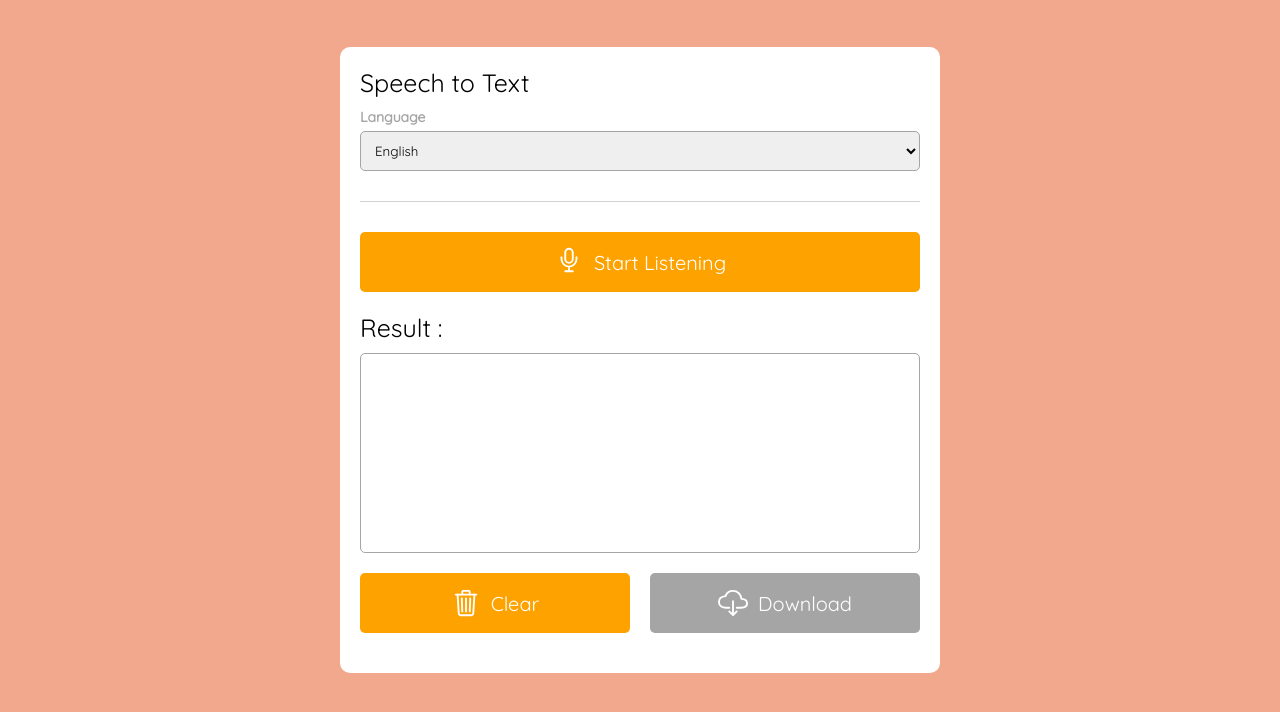
Repository: tsthuy/SpeechToText
Page: index.html
An editor plug-in stored every save of this project. The page is shown before and after the next save, followed by the edit.
The browser window is 1280 px wide. The pictures show the whole page.

Above is the page before, as saved 2023-08-28 03:29:29.

### index.html
<!DOCTYPE html>
<html lang="en">
  <head>
    <meta charset="UTF-8" />
    <meta http-equiv="X-UA-Compatible" content="IE=edge" />
    <meta name="viewport" content="width=device-width, initial-scale=1.0" />
    <link href="./images/icon.png" rel="shortcut icon" type="image/vnd.microsoft.icon" />
    <link rel="stylesheet" href="style.css" />
    <link href='https://fonts.googleapis.com/css?family=Quicksand' rel='stylesheet'>
    <title>Speech to Text</title>
  </head>
  <body>
    <div class="container">
      <p class="heading">Speech to Text</p>
      <div class="options">
        <div class="anguage">
          <p>Language</p>
          <select name="input-language" id="language"></select>
        </div>
      </div>
      <div class="line"></div>
      <button class="btn record">
        <div class="icon">
          <ion-icon name="mic-outline"></ion-icon>
          <img src="record.svg" alt="" />
        </div>
        <p>Start Listening</p>
      </button>
      <p class="heading">Result :</p>
      <div
        class="result"
        spellcheck="false"
        placeholder="Text will be shown here"
      >
        <p class="interim"></p>
      </div>
      <div class="buttons">
        <button class="btn clear">
          <ion-icon name="trash-outline"></ion-icon>
          <p>Clear</p>
        </button>
        <button class="btn download" disabled>
          <ion-icon name="cloud-download-outline"></ion-icon>
          <p>Download</p>
        </button>
      </div>
    </div>

    <!-- IONICONS -->
    <script
      type="module"
      src="https://unpkg.com/ionicons@5.5.2/dist/ionicons/ionicons.esm.js"
    ></script>
    <script
      nomodule
      src="https://unpkg.com/ionicons@5.5.2/dist/ionicons/ionicons.js"
    ></script>

    <!-- LANGUAGES -->
    <script src="languages.js"></script>

    <!-- SCRIPT -->
    <script src="script.js"></script>
  </body>
</html>

### style.css

:root {
  --primary-color: #FEA200;
  --bg-color: #fff;
  --text-color: #000;
  --light-text-color: #a5a5a5;
  --body-bg-color: #F2A88D;
}
* {
  margin: 0;
  padding: 0;
  box-sizing: border-box;
  font-family: "Quicksand", sans-serif;
}
body {
  min-height: 100vh;
  display: flex;
  align-items: center;
  justify-content: center;
  background-color: var(--body-bg-color);
  color: var(--text-color);
}
.container {
  width: 600PX;
  padding: 20px;
  border-radius: 10px;
  background-color: var(--bg-color);
}
.container .heading {
  font-size: 25px;
  font-weight: 500;
  margin-bottom: 10px;
}
.container .options select {
  width: 100%;
  padding: 10px;
  border: 1px solid var(--light-text-color);
  border-radius: 5px;
  outline: none;
}
.container .options div:not(:last-child) select {
  margin-bottom: 20px;
}

.container .options p {
  font-size: 14px;
  font-weight: 600;
  margin-bottom: 5px;
  color: var(--light-text-color);
}
.container .line {
  position: relative;
  width: 100%;
  height: 1px;
  background-color: var(--light-text-color);
  opacity: 0.5;
  margin: 30px 0;
}
.btn {
  display: flex;
  align-items: center;
  justify-content: center;
  gap: 10px;
  margin-bottom: 20px;
  height: 60px;
  padding: 20px;
  width: 100%;
  outline: none;
  border: none;
  border-radius: 5px;
  font-size: 20px;
  font-weight: 500;
  cursor: pointer;
  color: #fff;
  background-color: var(--primary-color);
}
.btn ion-icon {
  font-size: 30px;
}
.btn:disabled {
  background-color: var(--light-text-color);
  cursor: not-allowed;
}
.container .record img {
  width: 30px;
  height: 30px;
  display: none;
}
.container .record.recording img {
  display: block;
}
.container .record.recording ion-icon {
  display: none;
}
.container .result {
  width: 100%;
  min-height: 200px;
  padding: 10px;
  border: 1px solid var(--light-text-color);
  border-radius: 5px;
  font-size: 18px;
  font-weight: 500;
  margin-bottom: 20px;
  color: var(--text-color);
}
.container .result p {
  display: inline;
  margin-left: 3px;
  color: var(--light-text-color);
}
.buttons {
  display: flex;
  gap: 20px;
}

### languages.js
const languages = [
  {
    no: "16",
    name: "English",
    native: "English",
    code: "en",
  },
  {
    no: "1",
    name: "Afrikaans",
    native: "Afrikaans",
    code: "af",
  },
  {
    no: "2",
    name: "Albanian",
    native: "Shqip",
    code: "sq",
  },
  {
    no: "3",
    name: "Arabic",
    native: "عربي",
    code: "ar",
  },
  {
    no: "4",
    name: "Armenian",
    native: "Հայերէն",
    code: "hy",
  },
  {
    no: "5",
    name: "Azerbaijani",
    native: "آذربایجان دیلی",
    code: "az",
  },
  {
    no: "6",
    name: "Basque",
    native: "Euskara",
    code: "eu",
  },
  {
    no: "7",
    name: "Belarusian",
    native: "Беларуская",
    code: "be",
  },
  {
    no: "8",
    name: "Bulgarian",
    native: "Български",
    code: "bg",
  },
  {
    no: "9",
    name: "Catalan",
    native: "Català",
    code: "ca",
  },
  {
    no: "10",
    name: "Chinese (Simplified)",
    native: "中文简体",
    code: "zh-CN",
  },
  {
    no: "11",
    name: "Chinese (Traditional)",
    native: "中文繁體",
    code: "zh-TW",
  },
  {
    no: "12",
    name: "Croatian",
    native: "Hrvatski",
    code: "hr",
  },
  {
    no: "13",
    name: "Czech",
    native: "Čeština",
    code: "cs",
  },
  {
    no: "14",
    name: "Danish",
    native: "Dansk",
    code: "da",
  },
  {
    no: "15",
    name: "Dutch",
    native: "Nederlands",
    code: "nl",
  },
  {
    no: "17",
    name: "Estonian",
    native: "Eesti keel",
    code: "et",
  },
  {
    no: "18",
    name: "Filipino",
    native: "Filipino",
    code: "tl",
  },
  {
    no: "19",
    name: "Finnish",
    native: "Suomi",
    code: "fi",
  },
  {
    no: "20",
    name: "French",
    native: "Français",
    code: "fr",
  },
  {
    no: "21",
    name: "Galician",
    native: "Galego",
    code: "gl",
  },
  {
    no: "22",
    name: "Georgian",
    native: "ქართული",
    code: "ka",
  },
  {
    no: "23",
    name: "German",
    native: "Deutsch",
    code: "de",
  },
  {
    no: "24",
    name: "Greek",
    native: "Ελληνικά",
    code: "el",
  },
  {
    no: "25",
    name: "Haitian Creole",
    native: "Kreyòl ayisyen",
    code: "ht",
  },
  {
    no: "26",
    name: "Hebrew",
    native: "עברית",
    code: "iw",
  },
  {
    no: "27",
    name: "Hindi",
    native: "हिन्दी",
    code: "hi",
  },
  {
    no: "28",
    name: "Hungarian",
    native: "Magyar",
    code: "hu",
  },
  {
    no: "29",
    name: "Icelandic",
    native: "Íslenska",
    code: "is",
  },
  {
    no: "30",
    name: "Indonesian",
    native: "Bahasa Indonesia",
    code: "id",
  },
  {
    no: "31",
    name: "Irish",
    native: "Gaeilge",
    code: "ga",
  },
  {
    no: "32",
    name: "Italian",
    native: "Italiano",
    code: "it",
  },
  {
    no: "33",
    name: "Japanese",
    native: "日本語",
    code: "ja",
  },
  {
    no: "34",
    name: "Korean",
    native: "한국어",
    code: "ko",
  },
  {
    no: "35",
    name: "Latvian",
    native: "Latviešu",
    code: "lv",
  },
  {
    no: "36",
    name: "Lithuanian",
    native: "Lietuvių kalba",
    code: "lt",
  },
  {
    no: "37",
    name: "Macedonian",
    native: "Македонски",
    code: "mk",
  },
  {
    no: "38",
    name: "Malay",
    native: "Malay",
    code: "ms",
  },
  {
    no: "39",
    name: "Maltese",
    native: "Malti",
    code: "mt",
  },
  {
    no: "40",
    name: "Norwegian",
    native: "Norsk",
    code: "no",
  },
  {
    no: "41",
    name: "Persian",
    native: "فارسی",
    code: "fa",
  },
  {
    no: "42",
    name: "Polish",
    native: "Polski",
    code: "pl",
  },
  {
    no: "43",
    name: "Portuguese",
    native: "Português",
    code: "pt",
  },
  {
    no: "44",
    name: "Romanian",
    native: "Română",
    code: "ro",
  },
  {
    no: "45",
    name: "Russian",
    native: "Русский",
    code: "ru",
  },
  {
    no: "46",
    name: "Serbian",
    native: "Српски",
    code: "sr",
  },
  {
    no: "47",
    name: "Slovak",
    native: "Slovenčina",
    code: "sk",
  },
  {
    no: "48",
    name: "Slovenian",
    native: "Slovensko",
    code: "sl",
  },
  {
    no: "49",
    name: "Spanish",
    native: "Español",
    code: "es",
  },
  {
    no: "50",
    name: "Swahili",
    native: "Kiswahili",
    code: "sw",
  },
  {
    no: "51",
    name: "Swedish",
    native: "Svenska",
    code: "sv",
  },
  {
    no: "52",
    name: "Thai",
    native: "ไทย",
    code: "th",
  },
  {
    no: "53",
    name: "Turkish",
    native: "Türkçe",
    code: "tr",
  },
  {
    no: "54",
    name: "Ukrainian",
    native: "Українська",
    code: "uk",
  },
  {
    no: "55",
    name: "Urdu",
    native: "اردو",
    code: "ur",
  },
  {
    no: "56",
    name: "Vietnamese",
    native: "Tiếng Việt",
    code: "vi",
  },
  {
    no: "57",
    name: "Welsh",
    native: "Cymraeg",
    code: "cy",
  },
  {
    no: "58",
    name: "Yiddish",
    native: "ייִדיש",
    code: "yi",
  },
];

### script.js
const recordBtn = document.querySelector(".record"),
  result = document.querySelector(".result"),
  downloadBtn = document.querySelector(".download"),
  inputLanguage = document.querySelector("#language"),
  clearBtn = document.querySelector(".clear");

let SpeechRecognition =
    window.SpeechRecognition || window.webkitSpeechRecognition,
  recognition,
  recording = false;

function populateLanguages() {
  languages.forEach((lang) => {
    const option = document.createElement("option");
    option.value = lang.code;
    option.innerHTML = lang.name;
    inputLanguage.appendChild(option);
  });
}

populateLanguages();

function speechToText() {
  try {
    recognition = new SpeechRecognition();
    recognition.lang = inputLanguage.value;
    recognition.interimResults = true;
    recordBtn.classList.add("recording");
    recordBtn.querySelector("p").innerHTML = "Listening...";
    recognition.start();
    recognition.onresult = (event) => {
      const speechResult = event.results[0][0].transcript;
      //detect when intrim results
      if (event.results[0].isFinal) {
        result.innerHTML += " " + speechResult;
        result.querySelector("p").remove();
      } else {
        //creative p with class interim if not already there
        if (!document.querySelector(".interim")) {
          const interim = document.createElement("p");
          interim.classList.add("interim");
          result.appendChild(interim);
        }
        //update the interim p with the speech result
        document.querySelector(".interim").innerHTML = " " + speechResult;
      }
      downloadBtn.disabled = false;
    };
    recognition.onspeechend = () => {
      speechToText();
    };
    recognition.onerror = (event) => {
      stopRecording();
      if (event.error === "no-speech") {
        alert("No speech was detected. Stopping...");
      } else if (event.error === "audio-capture") {
        alert(
          "No microphone was found. Ensure that a microphone is installed."
        );
      } else if (event.error === "not-allowed") {
        alert("Permission to use microphone is blocked.");
      } else if (event.error === "aborted") {
        alert("Listening Stopped.");
      } else {
        alert("Error occurred in recognition: " + event.error);
      }
    };
  } catch (error) {
    recording = false;

    console.log(error);
  }
}

recordBtn.addEventListener("click", () => {
  if (!recording) {
    speechToText();
    recording = true;
  } else {
    stopRecording();
  }
});

function stopRecording() {
  recognition.stop();
  recordBtn.querySelector("p").innerHTML = "Start Listening";
  recordBtn.classList.remove("recording");
  recording = false;
}

function download() {
  const text = result.innerText;
  const filename = "speech.txt";

  const element = document.createElement("a");
  element.setAttribute(
    "href",
    "data:text/plain;charset=utf-8," + encodeURIComponent(text)
  );
  element.setAttribute("download", filename);
  element.style.display = "none";
  document.body.appendChild(element);
  element.click();
  document.body.removeChild(element);
}

downloadBtn.addEventListener("click", download);

clearBtn.addEventListener("click", () => {
  result.innerHTML = "";
  downloadBtn.disabled = true;
});

After the next save:
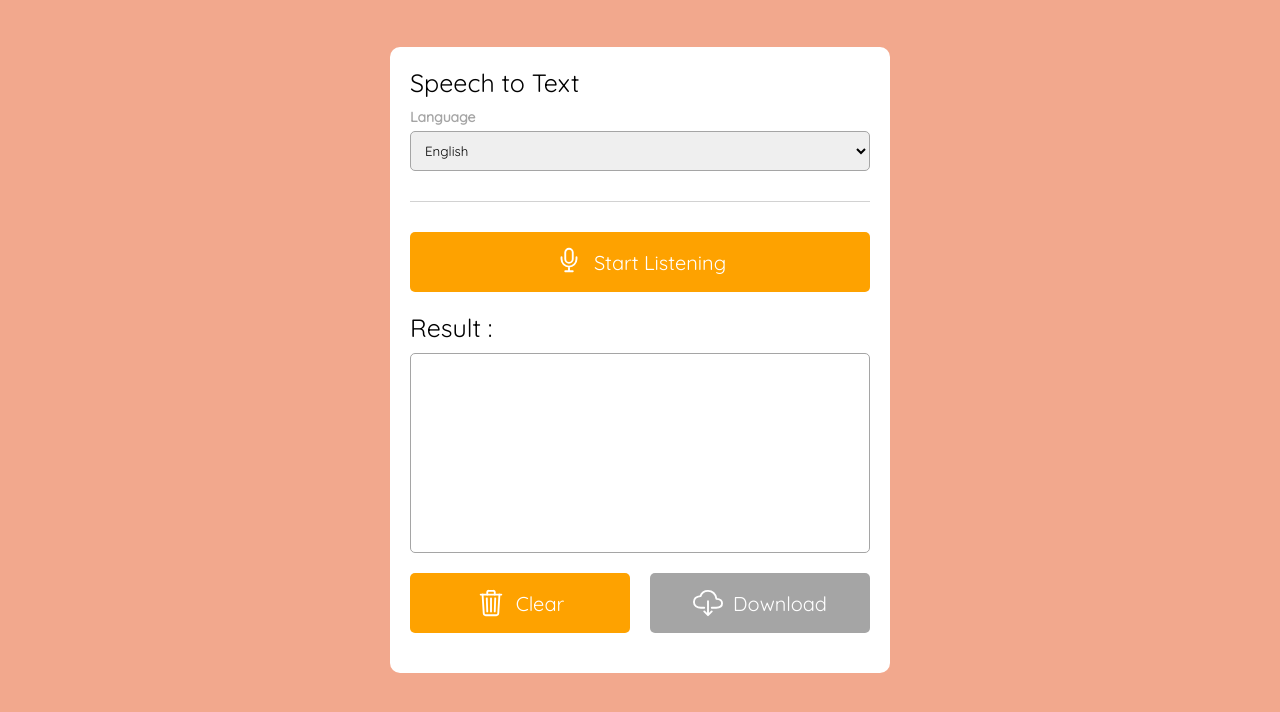
Saved 33 s later.
--- a/style.css
+++ b/style.css
@@ -21,7 +21,7 @@ body {
   color: var(--text-color);
 }
 .container {
-  width: 600PX;
+  width: 500px;
   padding: 20px;
   border-radius: 10px;
   background-color: var(--bg-color);
